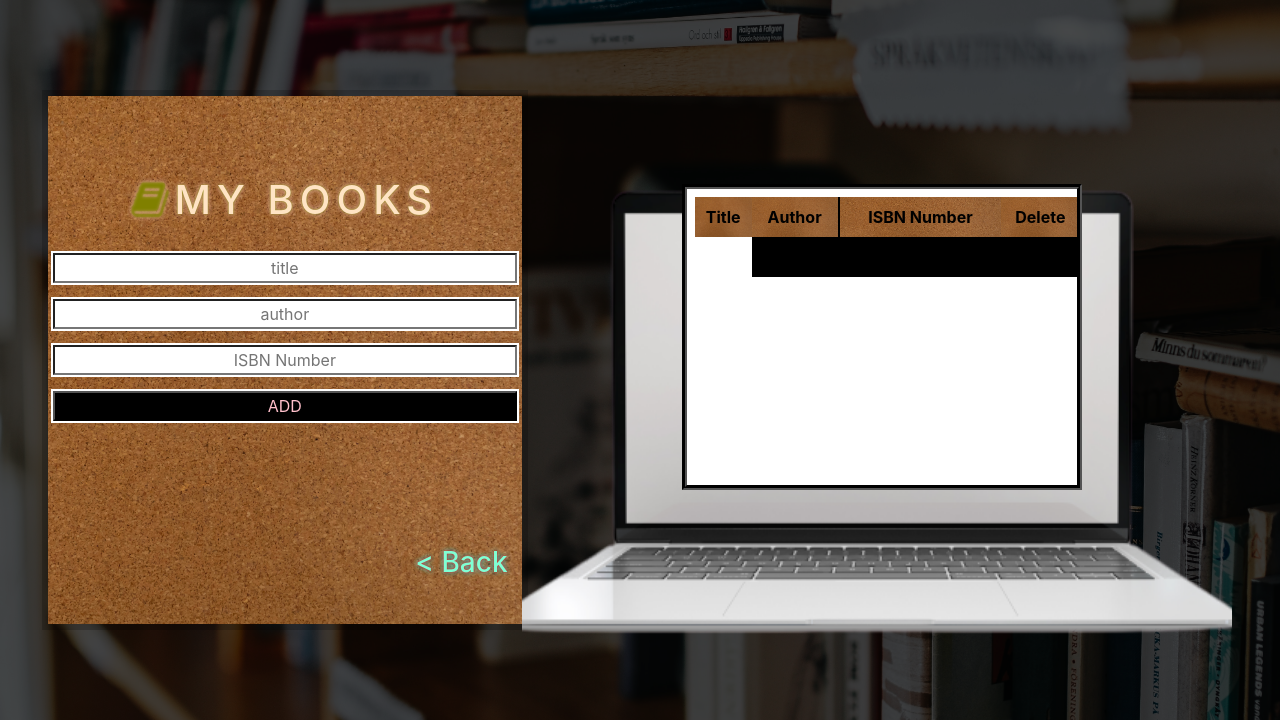
Repository: CSituma/Home-Library-App
Page: libu.html
These files come from the project's save history. The page is drawn as it stood at one moment and after the next save; the edit follows.
The browser window is 1280 px wide. The pictures show the whole page.
Some web libraries are served in a nearby version.

Above is the page before, as saved 2020-11-10 10:03:08.
Console error: SyntaxError: Unexpected token '<'

### libu.html
<!DOCTYPE html>
<html lang="en">
<head>
    <meta charset="UTF-8">
    <meta name="viewport" content="width=device-width, initial-scale=1.0">
    <meta http-equiv="X-UA-Compatible" content="ie=edge">
    <link rel="stylesheet" href="style.css">
    <link rel="stylesheet" href="https://cdnjs.cloudflare.com/ajax/libs/font-awesome/4.7.0/css/font-awesome.min.css"/>
<link rel="stylesheet" href="https://stackpath.bootstrapcdn.com/bootstrap/4.5.0/css/bootstrap.min.css" integrity="sha384-9aIt2nRpC12Uk9gS9baDl411NQApFmC26EwAOH8WgZl5MYYxFfc+NcPb1dKGj7Sk" crossorigin="anonymous"/>
<link rel="stylesheet" href="https://cdnjs.cloudflare.com/ajax/libs/animate.css/4.0.0/animate.min.css"/>
  <title>BOOK TRACKER</title>
</head>
<body>
    <div class="columns">
        <div class="js">

            <h1><i class="fa fa-book"></i>MY BOOKS</h1>
            <form id="form">
                <input type= "text" id= "title"  placeholder="title">
                <input type= "text" id= "author" placeholder="author" >
                <input type= "text" id= "number" placeholder="ISBN Number">
                <input type= "submit"id= "button" value="ADD">
            </form>
        <h3> <a href= "./index.html"> < Back </a></h3>
        </div>
        <div class="storage" >
              <div class="storage_items">
        <table id="table">
            <thead>
                <tr>
                <th id="title">Title</th>
                <th>Author</th>
                <th>ISBN Number</th>
                <th>Delete</th>
                </tr>
                </thead>
                <tbody class="Booklist" id="booklist">
                      <tr>
                          <td></td>

                      </tr>
                </tbody>
            </table>
            </div>
        </div>
</div>
    <script src="lib.js"></script>
 </body>
 </html>

### style.css
/*homepage//////////////*/
body,
html {
  width: 100%;
  margin: 0;
  padding: 0;
  height: 100%;
  background: url("./images/sandra-seitamaa-qkIWnKtGhg4-unsplash.jpg")
    center/cover no-repeat fixed;
}

.container {
  margin: 10em 20em 20em 20em;
  height: 400px;
  width: 40%;
  background-color: rgba(146, 116, 15, 0.445);
  text-align: center;
}

.lol {
  padding-top: 5em;
  font-weight: 800;
  font-style: italic;
}
span {
  color: yellow;
  font-weight: 400;
}
#lolone {
  color: ghostwhite;
}

h3 {
  padding-top: 4em;
  float: right;
  margin-right: 0.5em;
  font-weight: 900;
  font-size: 2rem;
  text-shadow: 0 0 3px #FF0000, 0 0 5px aqua;
}

h3 a {
  text-decoration: none;
 color: aquamarine;

}

h3 a:hover {
  text-decoration: none;
  color: burlywood;
}

#you {
  padding: 1rem;
  color: gold;
}

/*library////////////////*/
.columns {
  display: flex;
  justify-content: space-between;
  max-width: 100%;
  max-height: 100%;
  background: rgba(0, 0, 0, 0.692) fixed;

}
h1{
  letter-spacing: 6px;
  text-shadow: 0 0 3px olive, 0 0 5px pink;
  padding-top:2em;
  margin: 0;
  color: bisque;

}
table {
  background: black;
  width: 100%;
  margin:0.5em;
  margin-left:0.2em;
  text-align: center;
  color:white;

}


td{
  margin: 2em;
}
tr{
  border-left: white 5px solid;
  height: 40px;
}
th {
  color: black;
  background:url('./images/josephine-bredehoft-KsAo8ouBn8A-unsplash.jpg') center/cover no-repeat;
  outline: none;
}
tbody tr:nth-child(odd){
  background:white;
 color: olive;
}
tbody tr:nth-child(odd):hover {
  box-shadow: 0 0 0 2px white;

}
tbody tr:nth-child(even){
background:black;

}
tbody tr:nth-child(even):hover{
  box-shadow: 0 0 0 2px gray;
}

 .fa {
   color:rgba(128, 128, 0, 0.397);
 }
 .fa:hover{
   font-size:1.3em;
 }
form {
  padding: 0.3em;
  margin-top: 1em;
}

form input {
  width: 100%;
  margin: 0.5em 0;
  -webkit-box-shadow: 0 0 0 2px white;
  box-shadow: 0 0 0 2px white;
}

:placeholder-shown {
  text-align: center;
}

#button {
  color: pink;
  background-color: black;
}

/*/////////////////////////////////*/
.storage_items {

  background-color: white;
  width:100%;
  max-height: 70%;
  margin-left: 8em;
  margin-top: 5em;
  margin-bottom: 2em;
  border: rgb(0, 0, 0) 5px solid;
  border-style: groove;
  padding-bottom: 15em;
  overflow: scroll;
  scroll-behavior: smooth;
  scrollbar-width: 2px;
}
.storage {
  background:url("./images/1463-removebg-preview.png") center/cover no-repeat;
  width: 60%;
  height: 85vh;
  margin: 6em 3em 6em 0;
  border-radius: 3px;

}
.js {
  -webkit-box-shadow: 0 0 0 6px rgba(0, 0, 0, 0.191);
  box-shadow: 0 0 0 6px rgba(0, 0, 0, 0.191);
  text-align: center;
  width: 40%;
  margin: 6em 0em 6em 3em;
  background: url("./images/josephine-bredehoft-KsAo8ouBn8A-unsplash.jpg")
    center/cover no-repeat;
}

@media screen and (max-width:1000px) {
  .storage{
    margin-right: 0;

    background: url("./images/719-removebg-preview.png") center/cover no-repeat;
  }
  .storage_items{
    margin:0;
    font-size: 13px;
   border: 10px solid black;
   border-radius: 45px;
   border-bottom-right-radius:5px;
   border-bottom-left-radius:5px;
   border-top-right-radius:15px;

   padding:0;
   padding-bottom: 15em;

}

.js{
  margin: 0;}


}

@media screen and (min-width:1000px) {

 .storage_items{
  max-height: 60%;
    background-color: white;
    width: 400px;
    height: 50%;
    margin-left: 10em;
    margin-top: 5.5em;

  }


 }

### lib.js
// Book Class: Represents a Book
class Book {
  constructor(title, author, isbn, remove) {
    this.title = title;
    this.author = author;
    this.isbn = isbn;
    this.remove = remove(<i class="fa fa-trash-o"></i>)
  }
}

// UI Class: Handle UI Tasks
class UI {
//display Books.//
static displayBooks () {
 const books = Store.getBooks();
 books.forEach(((book) =>
  UI.addBookToList(book)));
}


//addbooks
static addBookToList(book) {


const bookList = document.querySelector('#booklist');
const row = document.createElement('tr');

row.innerHTML= `<td>${book.title} </td>
               <td>${book.author}</td>
               <td>${book.isbn}</td>
               <td>${book.remove}</td>`;

bookList.appendChild(row);

}


//deletebooks
static deleteBook(el){
 if(el.classList.contains('fa')){
   el.parentElement.parentElement.remove();
  }}
////show alert msg
static showAlert(message, className){
const div = document. createElement('div');
div.className = `alert alert-${className}`;
div.appendChild(document.createTextNode(message));
const button = document.getElementById('button');
const form = document.getElementById('form');


form.insertBefore(div, button);


//message vanishing//

setTimeout(() => {
  document.querySelector('.alert').remove();
}, 3000);

}

//clear fields//

static clearFields() {
  document.querySelector('#title').value = '';
  document.querySelector('#author').value = '';
  document.querySelector('#number').value = '';
}

}

///Events:
/* 1. Display Books */

document.addEventListener('DOMContentLoaded', UI.displayBooks);

/* 2. Add Books*/
document.querySelector("#form").addEventListener('submit',(e) =>
{
e.preventDefault();
///get form values//
const title = document.querySelector('#title').value;
const author = document.querySelector('#author').value;
const isbn = document.querySelector('#number').value;

  // Validate
 if(title ===''|| author===''|| isbn===''){
   UI.showAlert('Please fill in the Form', 'danger')
 }
else{
  //instantiate Book
  const book = new Book(title,author,isbn);

//////Adding
UI.addBookToList(book);

Store.addBook(book);

///Show Sucess Message
UI.showAlert('Added', 'success');
//Clearfields
UI.clearFields();


 }
}
);


/////3. Remove BOOK////
document.querySelector('#booklist').addEventListener('click', (e)=>{
e.preventDefault();
//deleting from UI

UI.deleteBook(e.target);
///deleting from Store
Store.removeBook(e.target.parentElement.previousElementSibling.textContent);
//Message
UI.showAlert('Book Deleted', 'danger');

}
);

///localStorage
class Store{
  static getBooks(){
    let books;
   if (localStorage.getItem('books') === null){
     books = [];
   }
   else {
     books = JSON.parse(localStorage.getItem('books'));
   }
   return books;
  }

  static addBook(book){
    const books= Store.getBooks();
    books.push(book);
   localStorage.setItem('books',JSON.stringify(books));
  }
  static removeBook(isbn) {
    const books = Store.getBooks();

    books.forEach((book, index) => {
      if(book.isbn === isbn) {
        books.splice(index, 1);
      }
    });
    localStorage.setItem('books', JSON.stringify(books));
  }
}

After the next save:
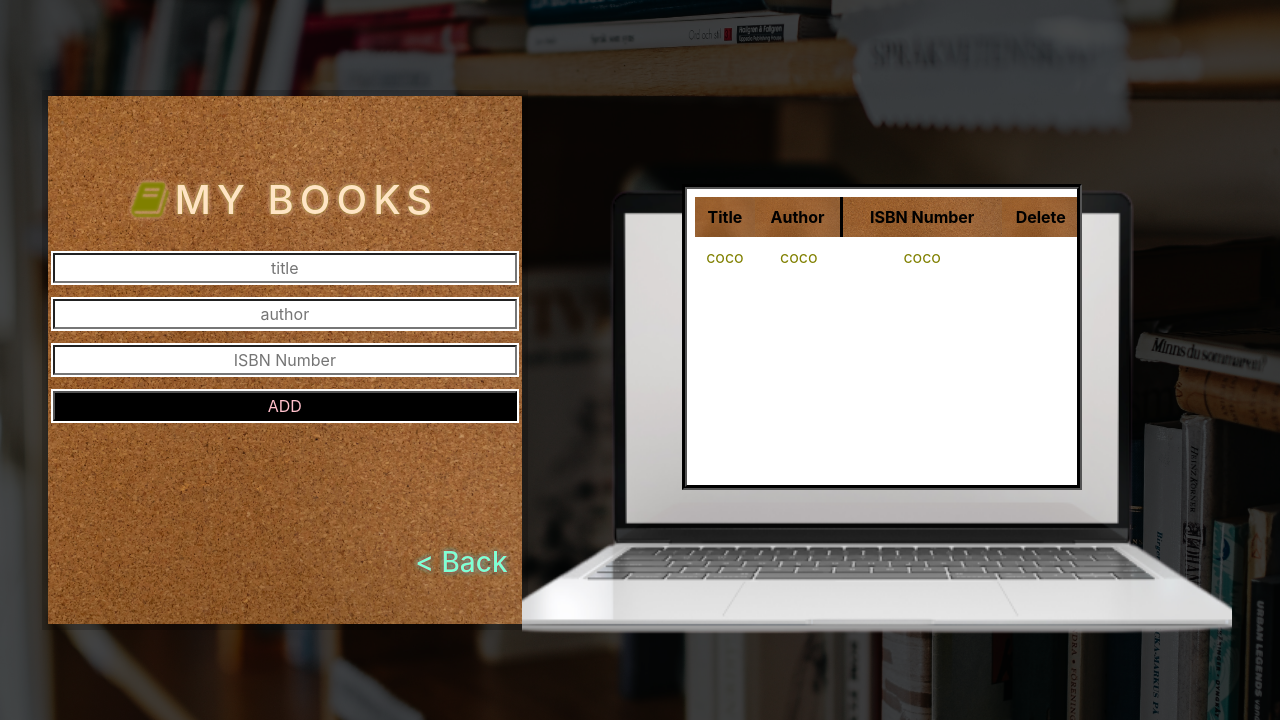
Saved 28 s later.
--- a/libu.html
+++ b/libu.html
@@ -36,6 +36,9 @@
                 </thead>
                 <tbody class="Booklist" id="booklist">
                       <tr>
+                          <td>coco</td>
+                          <td>coco</td>
+                          <td>coco</td>
                           <td></td>
 
                       </tr>
